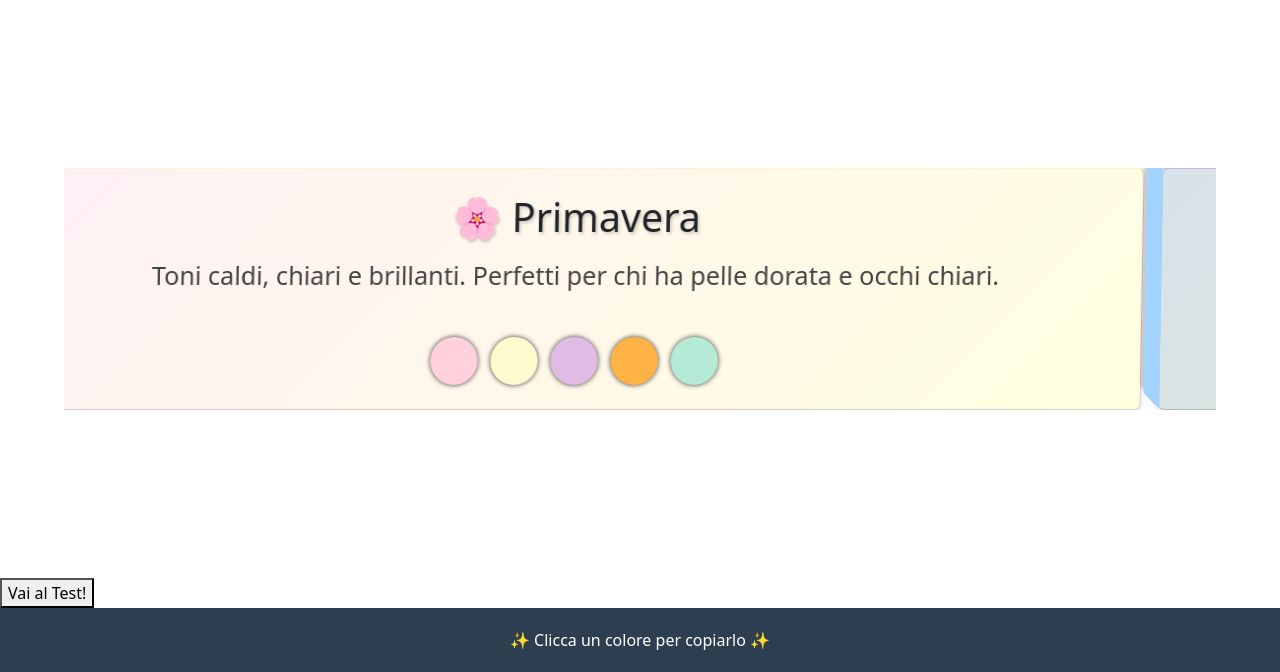
Repository: Probyte5D/Armocromia-website
Page: index.html
These files come from the project's save history. The page is drawn as it stood at one moment and after the next save; the edit follows.
The browser window is 1280 px wide. The pictures show the part of the page from y = 432 to 1128 px (the page is 1104 px tall before and 1128 px after).

Above is the page before, as saved 2025-04-18 02:36:20.

### index.html
<!DOCTYPE html>
<html lang="it">
<head>
  <meta charset="UTF-8" />
  <meta name="viewport" content="width=device-width, initial-scale=1.0" />
  <title>Armocromia - Scopri la tua stagione</title>
  <link rel="stylesheet" href="style.css" />
  <!-- Bootstrap CSS -->
  <link href="https://cdn.jsdelivr.net/npm/bootstrap@5.3.0-alpha1/dist/css/bootstrap.min.css" rel="stylesheet">
  <!-- Bootstrap JS e Popper.js (per alcuni componenti interattivi) -->
  <script src="https://cdn.jsdelivr.net/npm/@popperjs/core@2.11.6/dist/umd/popper.min.js"></script>
  <script src="https://cdn.jsdelivr.net/npm/bootstrap@5.3.0-alpha1/dist/js/bootstrap.min.js"></script>
</head>

<body>
  <!-- Navigation Bar -->
  <nav>
    <ul>
      <li><a href="#">Home</a></li>
      <li><a href="test.html">Test Armocromia</a></li>
      <li><a href="#">Chi Siamo</a></li>
    </ul>
  </nav>

  <!-- Header con sfondo sfuocato -->
  <header>
    <h1>🌈 Armocromia</h1>
    <p>Scopri le palette perfette per la tua stagione.</p>
  </header>

  <main>
    <!-- Carosello delle stagioni -->
    <section class="carousel-container">
      <div id="carouselExample" class="carousel slide" data-bs-ride="carousel">
        <div class="carousel-inner">
          <!-- Card Primavera -->
          <div class="carousel-item active">
            <div class="card primavera">
              <h3>🌸 Primavera</h3>
              <p>Toni caldi, chiari e brillanti. Perfetti per chi ha pelle dorata e occhi chiari.</p>
              <div class="palette">
                <div class="color" style="background-color: #FFD1DC;"></div>
                <div class="color" style="background-color: #FFFACD;"></div>
                <div class="color" style="background-color: #E0BBE4;"></div>
                <div class="color" style="background-color: #FFB347;"></div>
                <div class="color" style="background-color: #B5EAD7;"></div>
              </div>
            </div>
          </div>

          <!-- Card Estate -->
          <div class="carousel-item">
            <div class="card estate">
              <h3>☀️ Estate</h3>
              <p>Toni freddi e soft, ideali per carnagioni rosate e occhi chiari.</p>
              <div class="palette">
                <div class="color" style="background-color: #BFD7EA;"></div>
                <div class="color" style="background-color: #D6E2E9;"></div>
                <div class="color" style="background-color: #A2D2FF;"></div>
                <div class="color" style="background-color: #CDB4DB;"></div>
                <div class="color" style="background-color: #E2F0CB;"></div>
              </div>
            </div>
          </div>

          <!-- Card Autunno -->
          <div class="carousel-item">
            <div class="card autunno">
              <h3>🍁 Autunno</h3>
              <p>Toni caldi, intensi e terrosi. Per incarnati dorati e occhi scuri o verdi.</p>
              <div class="palette">
                <div class="color" style="background-color: #D2691E;"></div>
                <div class="color" style="background-color: #C3B091;"></div>
                <div class="color" style="background-color: #A0522D;"></div>
                <div class="color" style="background-color: #F4A460;"></div>
                <div class="color" style="background-color: #B22222;"></div>
              </div>
            </div>
          </div>

          <!-- Card Inverno -->
          <div class="carousel-item">
            <div class="card inverno">
              <h3>❄️ Inverno</h3>
              <p>Toni freddi e contrastati, perfetti per pelli olivastre e capelli scuri.</p>
              <div class="palette">
                <div class="color" style="background-color: #000000;"></div>
                <div class="color" style="background-color: #4169E1;"></div>
                <div class="color" style="background-color: #8A2BE2;"></div>
                <div class="color" style="background-color: #FF1493;"></div>
                <div class="color" style="background-color: #00CED1;"></div>
              </div>
            </div>
          </div>
        </div>

    <!-- Controlli per il carosello -->
<button class="carousel-control-prev" type="button" data-bs-target="#carouselExample" data-bs-slide="prev">
  <span class="carousel-control-prev-icon" aria-hidden="true"></span>
  <span class="visually-hidden">Precedente</span>
</button>
<button class="carousel-control-next" type="button" data-bs-target="#carouselExample" data-bs-slide="next">
  <span class="carousel-control-next-icon" aria-hidden="true"></span>
  <span class="visually-hidden">Successivo</span>
</button>

      </div>
    </section>

    <!-- Bottone per andare al test -->
    <section class="test-link">
      <a href="test.html">
        <button id="vai-al-test">Vai al Test!</button>
      </a>
    </section>
  </main>

  <!-- Footer -->
  <footer>
    <p>✨ Clicca un colore per copiarlo ✨</p>
  </footer>

  <script src="script.js"></script>
</body>
</html>

### style.css
/* Base styles */
body {
  font-family: 'Roboto', sans-serif;
  margin: 0;
  padding: 0;
  background-color: #f0f0f0;
}

/* Header */
header {
  background-image: url('https://images.unsplash.com/photo-1558452337-ca6e53836504?w=500&auto=format&fit=crop&q=60&ixlib=rb-4.0.3&ixid=M3wxMjA3fDB8MHxzZWFyY2h8MTMyfHxhcm1vY3JvbWlhJTIwcGFsZXR0ZSUyMHBpdHR1cmF8ZW58MHx8MHx8fDI%3D');
  background-size: cover;
  background-position: center;
  height: 60vh;
  color: white;
  display: flex;
  flex-direction: column;
  justify-content: center;
  align-items: center;
  text-shadow: 2px 2px 10px rgba(0, 0, 0, 0.6);
  position: relative;
}

header::before {
  content: '';
  position: absolute;
  top: 0;
  left: 0;
  width: 100%;
  height: 100%;
  background: rgba(0, 0, 0, 0.4);
}

header h1 {
  font-size: 3rem;
  margin: 0;
}

header p {
  font-size: 1.5rem;
  margin-top: 10px;
}

/* Navigation Bar */
nav {
  position: fixed;
  top: 0;
  left: 0;
  width: 100%;
  background-color: #2C3E50;
  padding: 15px 30px;
  z-index: 1000;
}

nav ul {
  display: flex;
  justify-content: space-around;
  list-style: none;
  margin: 0;
  padding: 0;
}

nav ul li {
  font-size: 1.2rem;
}

nav ul li a {
  color: white;
  text-decoration: none;
  padding: 10px 20px;
  border-radius: 5px;
  transition: background-color 0.3s ease;
}

nav ul li a:hover {
  background-color: #3498db;
}

/* Carosello e Cards */
.carousel {
  display: flex;
  justify-content: space-between;
  gap: 20px;
  margin: 40px 0;
  overflow-x: auto;
  padding: 20px;
}

.card {
  width: 250px;
  padding: 20px;
  background-color: white;
  border-radius: 10px;
  box-shadow: 0 4px 10px rgba(0, 0, 0, 0.1);
  transition: transform 0.3s ease;
}

.card:hover {
  transform: scale(1.05);
}

.card h3 {
  font-size: 1.5rem;
  margin-bottom: 15px;
}

.card p {
  font-size: 1.1rem;
  color: #555;
}

.palette {
  display: flex;
  justify-content: space-between;
  gap: 10px;
  margin-top: 10px;
}

.color {
  width: 50px;
  height: 50px;
  border-radius: 8px;
  box-shadow: 0 4px 8px rgba(0, 0, 0, 0.1);
}

/* Footer */
footer {
  text-align: center;
  padding: 20px;
  background-color: #2C3E50;
  color: white;
}

footer p {
  font-size: 1rem;
  margin: 0;
}

/* Media Queries */
@media (max-width: 768px) {
  header h1 {
    font-size: 2.5rem;
  }

  header p {
    font-size: 1.2rem;
  }

  nav ul {
    flex-direction: column;
    align-items: center;
  }

  nav ul li {
    margin: 10px 0;
  }

  .carousel {
    flex-direction: column;
    align-items: center;
  }
}

.carousel {
  display: flex;
  flex-wrap: wrap;
  justify-content: center;
  gap: 3rem;
  padding: 5rem 2rem;
}

.card {
  position: relative;
  width: 30rem;
  padding: 3rem;
  border-radius: 1.5rem;
  background-color: rgba(255, 255, 255, 0.9);
  box-shadow: 0.8rem 0.8rem 2rem rgba(0, 0, 0, 0.3);
  transform: rotateY(10deg) skewX(-1deg);
  transition: transform 0.4s, box-shadow 0.4s;
  display: flex;
  flex-direction: column;
  align-items: center;
  text-align: center;
}

.card:hover {
  transform: rotateY(10deg) skewX(-1deg) translateY(-1rem);
  box-shadow: 1.5rem 1.5rem 3rem rgba(0, 0, 0, 0.4);
}

.card::before {
  content: "";
  position: absolute;
  top: 0;
  left: -1rem;
  width: 1rem;
  height: 100%;
  background-color: #bba584;
  transform: skewY(45deg);
  transform-origin: right;
  box-shadow: -.2rem -.2rem .2rem rgba(0,0,0,0.2);
}

.card::after {
  content: "";
  position: absolute;
  top: -1rem;
  left: 0;
  width: 100%;
  height: 1rem;
  background-color: #eee1c6;
  transform: skewX(45deg);
  transform-origin: bottom;
  box-shadow: -.2rem -.2rem .2rem rgba(0,0,0,0.2);
}

.card h3 {
  font-size: 2.5rem;
  margin-bottom: 1rem;
  text-shadow: 0.1rem 0.1rem 0.2rem #00000033;
}

.card p {
  font-size: 1.6rem;
  font-weight: 500;
  margin-bottom: 2rem;
  color: #444;
}

.palette {
  display: flex;
  gap: 0.8rem;
}

.color {
  width: 3rem;
  height: 3rem;
  border-radius: 50%;
  box-shadow: 0 0 0.3rem #333;
  cursor: pointer;
  transition: transform 0.3s;
}

.color:hover {
  transform: scale(1.2);
}

.primavera {
  background: linear-gradient(135deg, #fff0f5, #ffffe0);
  border-left: 1rem solid #ffd1dc;
}
.primavera::before {
  background-color: #ffb6c1;
}
.primavera::after {
  background-color: #fffacd;
}

.estate {
  background: linear-gradient(135deg, #d6e2e9, #e2f0cb);
  border-left: 1rem solid #a2d2ff;
}
.estate::before {
  background-color: #a2d2ff;
}
.estate::after {
  background-color: #cdb4db;
}

.autunno {
  background: linear-gradient(135deg, #fff5e1, #f4a460);
  border-left: 1rem solid #a0522d;
}
.autunno::before {
  background-color: #d2691e;
}
.autunno::after {
  background-color: #c3b091;
}

.inverno {
  background: linear-gradient(135deg, #e0e0e0, #d1d1ff);
  border-left: 1rem solid #8a2be2;
}
.inverno::before {
  background-color: #000000;
}
.inverno::after {
  background-color: #4169e1;
}



 /* Carosello delle stagioni */
.carousel-container {
  padding: 3rem 2rem;
  position: relative; /* Assicurati che le frecce siano posizionate rispetto a questa sezione */
}

.carousel-inner {
  display: flex;
  overflow: hidden;
}

.carousel-item {
  flex: 0 0 auto;
  width: 250px; /* Ridotto per dare spazio alle frecce */
  margin-right: 20px;
  transition: transform 0.3s ease;
}

.card {
  width: 100%; /* La card si adatta alla larghezza impostata */
  padding: 1.5rem;
  background-color: rgba(255, 255, 255, 0.9);
  border-radius: 1rem;
  box-shadow: 0 4px 10px rgba(0, 0, 0, 0.1);
  transition: transform 0.2s ease;
}

/* Controlli del carosello (le frecce ai lati) */
.carousel-control-prev,
.carousel-control-next {
  position: absolute;
  top: 50%;
  transform: translateY(-50%);
  z-index: 100; /* Aumentato per essere sicuri che le frecce siano sopra tutto il contenuto */
  background-color: rgba(0, 0, 0, 0.5); /* Colore di sfondo delle frecce */
  padding: 10px;
  border-radius: 50%;
}

.carousel-control-prev {
  left: -40px; /* Spostato a sinistra per farlo fuori dal bordo del carosello */
}

.carousel-control-next {
  right: -40px; /* Spostato a destra per farlo fuori dal bordo del carosello */
}

/* Aggiungi questa regola per le frecce */
.carousel-control-prev-icon,
.carousel-control-next-icon {
  background-color: #fff; /* Colore delle frecce */
  border-radius: 50%;
  width: 30px;
  height: 30px;
  display: inline-block;
}


/* Responsività per schermi più piccoli */
@media (max-width: 768px) {
  .carousel-item {
    width: 100%;
  }
}

### script.js
/*document.getElementById('armocromiaTest').addEventListener('submit', function(e) {
  e.preventDefault();

  const capelli = document.querySelector('input[name="capelli"]:checked')?.value;
  const occhi = document.querySelector('input[name="occhi"]:checked')?.value;
  const pelle = document.querySelector('input[name="pelle"]:checked')?.value;

  if (!capelli || !occhi || !pelle) {
    alert('Per favore, rispondi a tutte le domande.');
    return;
  }

  let stagione = '';
  let palette = [];

  // Logica semplificata per determinare la stagione
  if (capelli === 'chiari' && occhi === 'chiari' && pelle === 'si_abbronza') {
    stagione = 'Primavera';
    palette = ['#FFD1DC', '#FFFACD', '#E0BBE4', '#FFB347', '#B5EAD7'];
  } else if (capelli === 'chiari' && occhi === 'chiari' && pelle === 'si_scotta') {
    stagione = 'Estate';
    palette = ['#BFD7EA', '#D6E2E9', '#A2D2FF', '#CDB4DB', '#E2F0CB'];
  } else if (capelli === 'scuri' && occhi === 'scuri' && pelle === 'si_abbronza') {
    stagione = 'Autunno';
    palette = ['#D2691E', '#C3B091', '#A0522D', '#F4A460', '#B22222'];
  } else {
    stagione = 'Inverno';
    palette = ['#000000', '#4169E1', '#8A2BE2', '#FF1493', '#00CED1'];
  }

  document.getElementById('stagione').textContent = `La tua stagione è: ${stagione}`;
  const paletteContainer = document.getElementById('palette');
  paletteContainer.innerHTML = '';
  palette.forEach(color => {
    const div = document.createElement('div');
    div.className = 'color-box';
    div.style.backgroundColor = color;
    div.title = color;
    div.addEventListener('click', () => {
      navigator.clipboard.writeText(color);
      alert(`Colore ${color} copiato negli appunti!`);
    });
    paletteContainer.appendChild(div);
  });

  document.getElementById('risultato').classList.remove('hidden');
});
*/

After the next save:
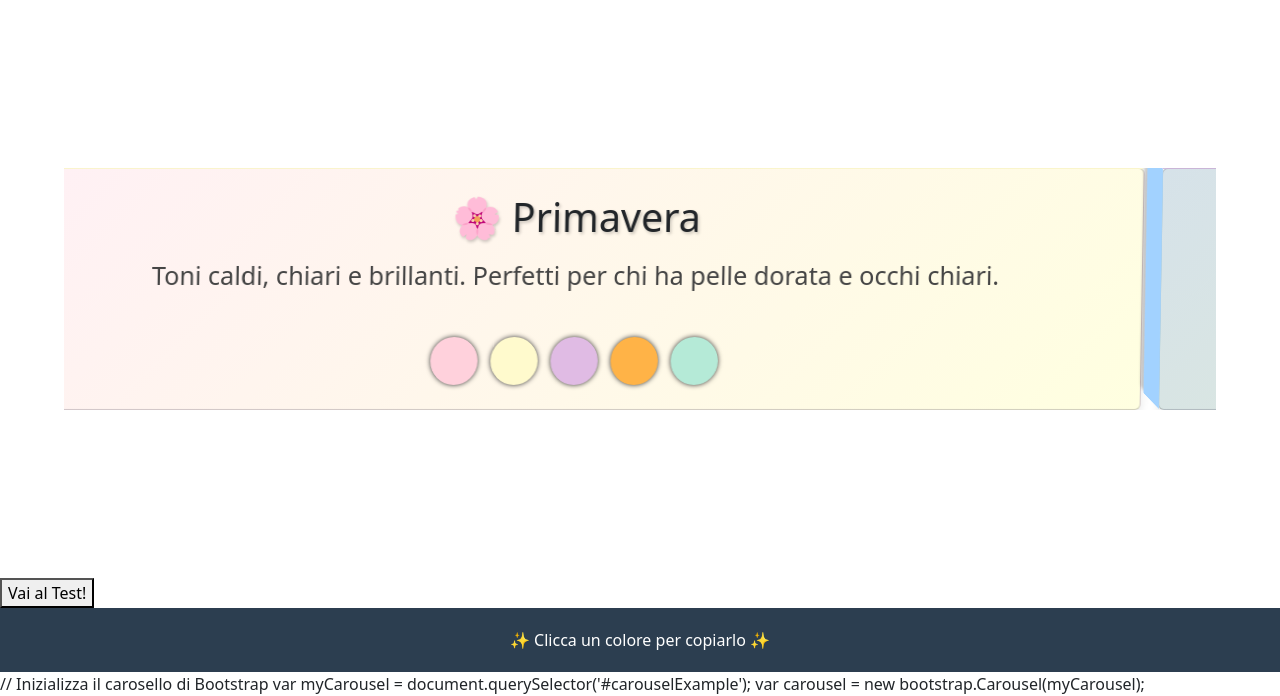
Saved 38 s later.
--- a/index.html
+++ b/index.html
@@ -119,6 +119,9 @@
   <footer>
     <p>✨ Clicca un colore per copiarlo ✨</p>
   </footer>
+  // Inizializza il carosello di Bootstrap
+  var myCarousel = document.querySelector('#carouselExample');
+  var carousel = new bootstrap.Carousel(myCarousel);
 
   <script src="script.js"></script>
 </body>

After the save that followed:
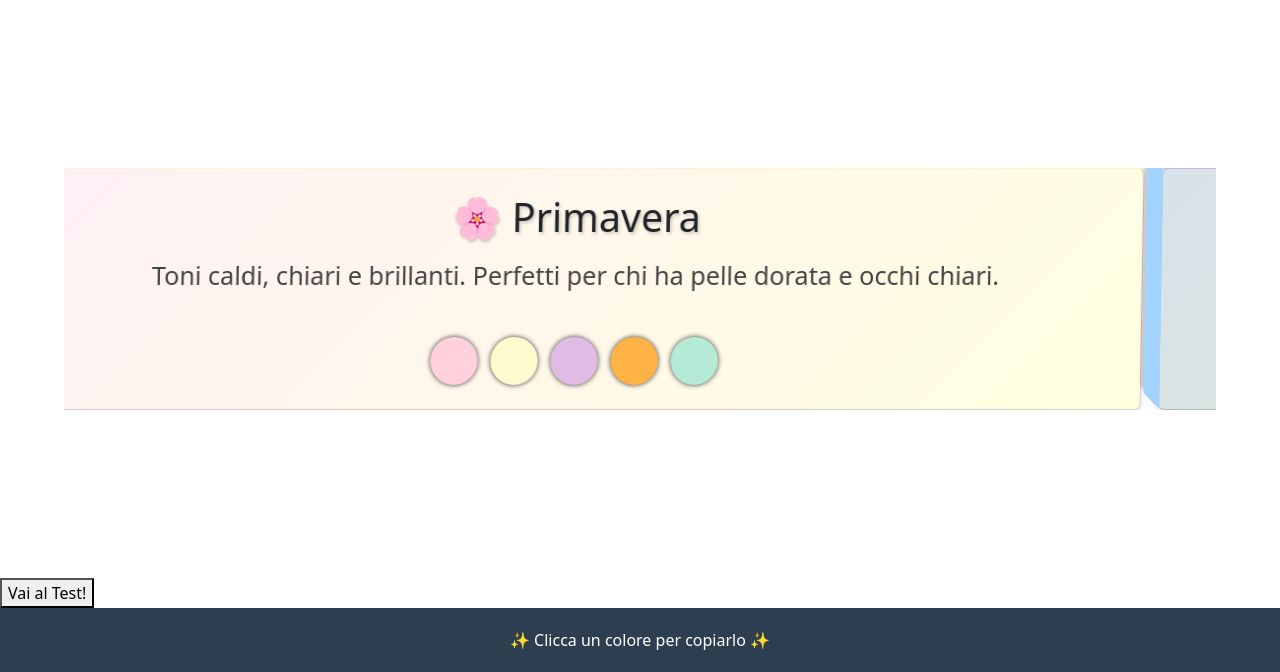
Saved 12 s later.
--- a/index.html
+++ b/index.html
@@ -119,10 +119,13 @@
   <footer>
     <p>✨ Clicca un colore per copiarlo ✨</p>
   </footer>
-  // Inizializza il carosello di Bootstrap
+
+  <script src="script.js">
+
+
   var myCarousel = document.querySelector('#carouselExample');
   var carousel = new bootstrap.Carousel(myCarousel);
 
-  <script src="script.js"></script>
+  </script>
 </body>
 </html>
